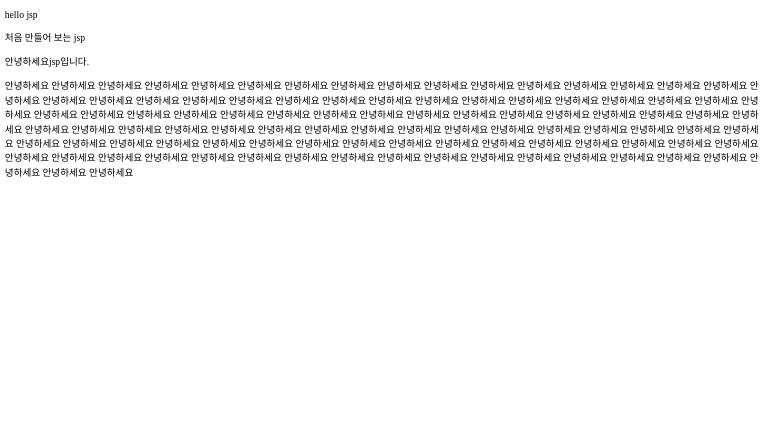
Repository: tisflyjjang051/jsp-lecture
Page: http://localhost/jsp01/hello.jsp
The author's editor kept a copy of each file at every save. The page is drawn from the files as they stood at one save, then again after the next save.
The browser window is 1280 px wide. The pictures show the whole page, at 60% of full size.
The page is served by Tomcat 9.

Above is the page before, as saved 2023-03-02 05:52:28.

After the next save:
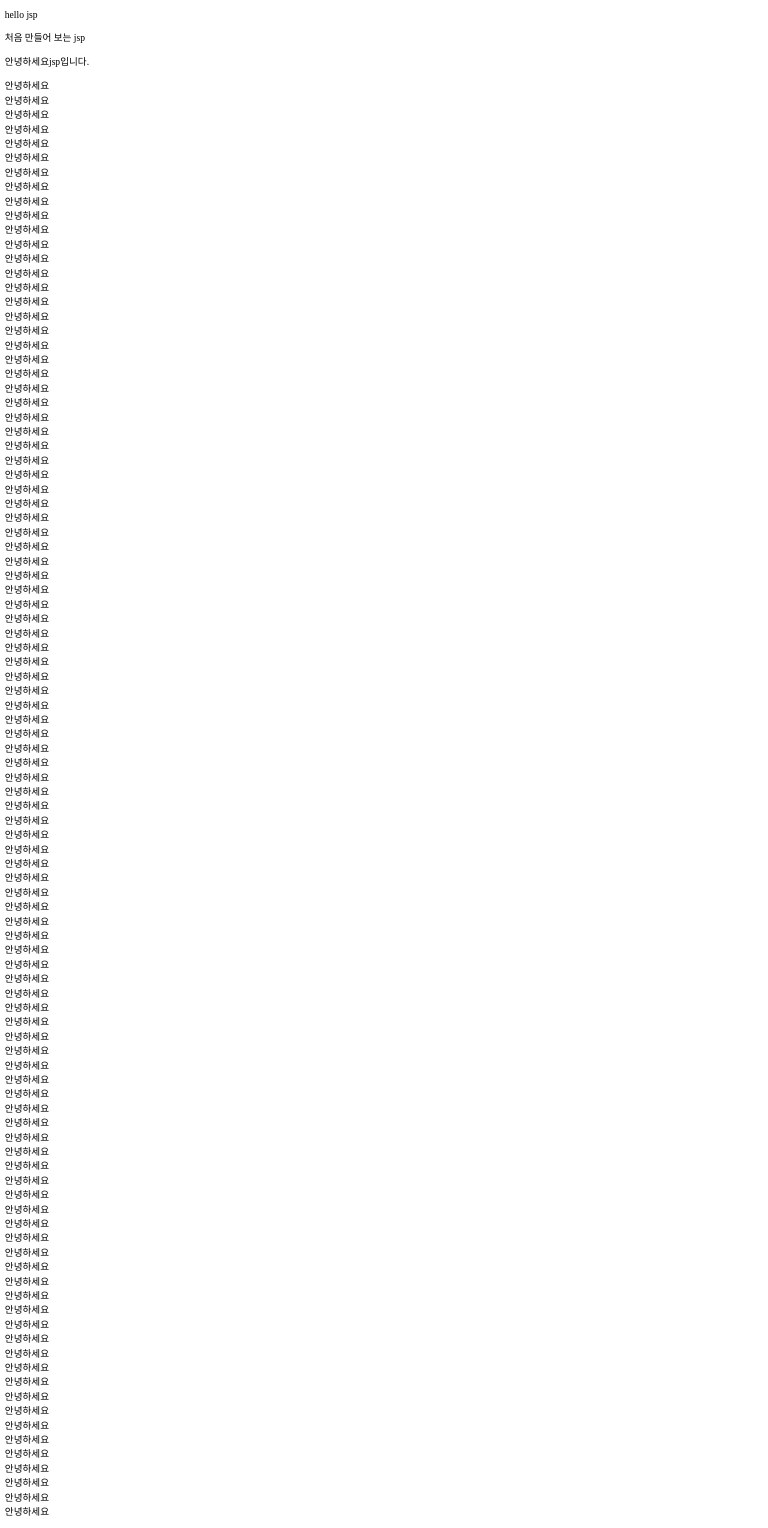
Saved 78 s later.
--- a/jsp01/src/main/webapp/hello.jsp
+++ b/jsp01/src/main/webapp/hello.jsp
@@ -22,7 +22,7 @@
 	<p>
 		<%
 			for(int i=0;i<100;i++) {
-				out.println("안녕하세요 \r\n");
+				out.println("안녕하세요 <br>");
 			}
 		%>
 	</p>
